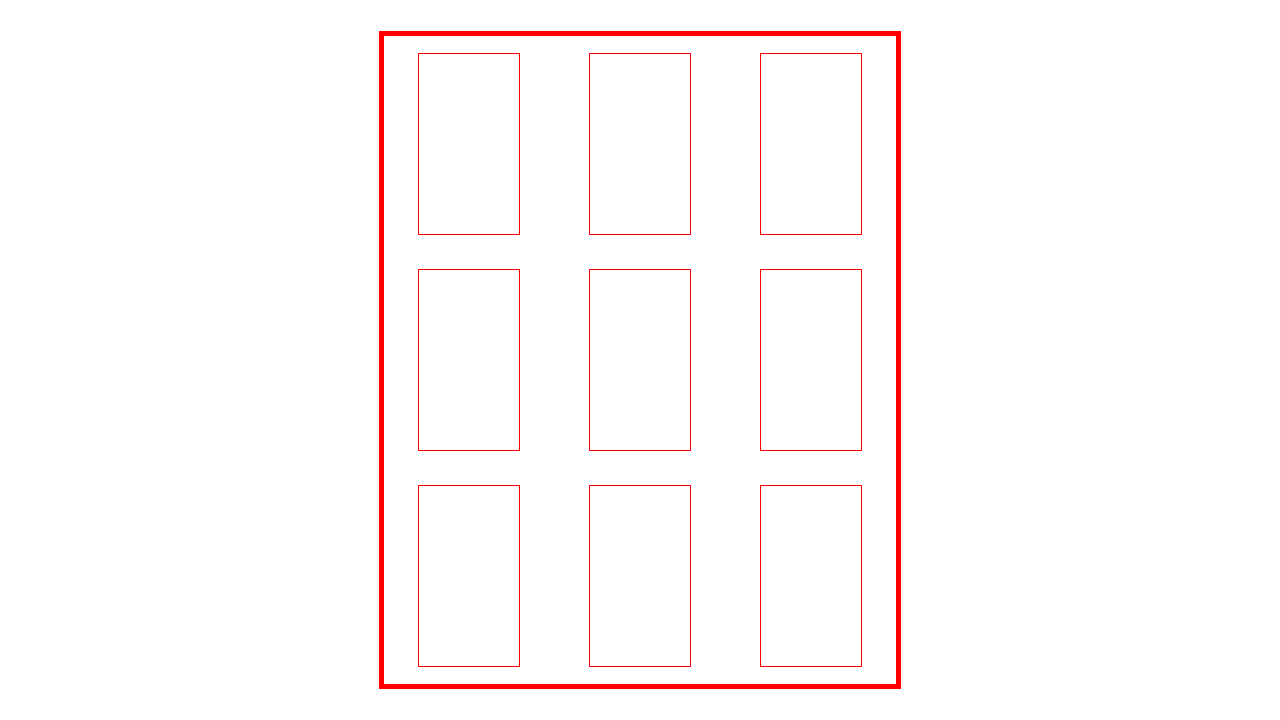
Repository: kocokoy/TOP-tic-tac-toe
Page: index.html
These files come from the project's save history. The page is drawn as it stood at one moment and after a run of saves; the edit follows.
The browser window is 1280 px wide. The pictures show the whole page.

Above is the page before, as saved 2024-11-07 14:47:54.

### index.html
<!DOCTYPE html>
<html lang="en">
<head>
  <meta charset="UTF-8">
  <meta name="viewport" content="width=device-width, initial-scale=1.0">
  <link rel="stylesheet" href="/styles/style.css">
  <title>Document</title>
</head>
<body>
 <div class='container'>
  <div class="gameboard">

  </div>
 </div>
<script src="/javascripts/scripts.js"></script>
</body>
</html>

### styles/style.css
body{
  padding: 0;
  margin: 0;
  height: 100vh;
  font-family: Arial, Helvetica, sans-serif;
}
.container{
  height:100%;
  display: flex;
  justify-content: center;
  align-items: center;
}
.gameboard{
  display: grid;
  grid-template-columns: 1fr 1fr 1fr;
  justify-items: center;
  align-items: center;
  border: 5px solid red;
  width: 40%;
  height: 90%;
}
.gameboard div{
  border: 1px solid red;
  height:180px;
  width: 100px;
  cursor: pointer;
  color: tomato;
  display: flex;
  justify-content: center;
  align-items: center;
  font-size: 10rem;
}

### javascripts/scripts.js
const gameBoardElement = document.querySelector('.gameboard');

const gameBoard = {
  gameBoard : ['','','','','','','','','']
}
const players = {
  player1: 'X',
  player2: 'O',
}

startGame();

function startGame(){
  createGameBoard();
  gameBoardBoxClicked();
}

function createGameBoard(){
  for(let i = 0; i < 9; i++){
    const div = document.createElement('div');
    div.setAttribute('data-id',i);
    gameBoardElement.appendChild(div);
  }
}

function gameBoardBoxClicked(){
  gameBoardElement.addEventListener('click', (e) => {
    const boxClicked = e.target;
    boxClicked.textContent = 'X'
  })
}

After the next 2 saves:
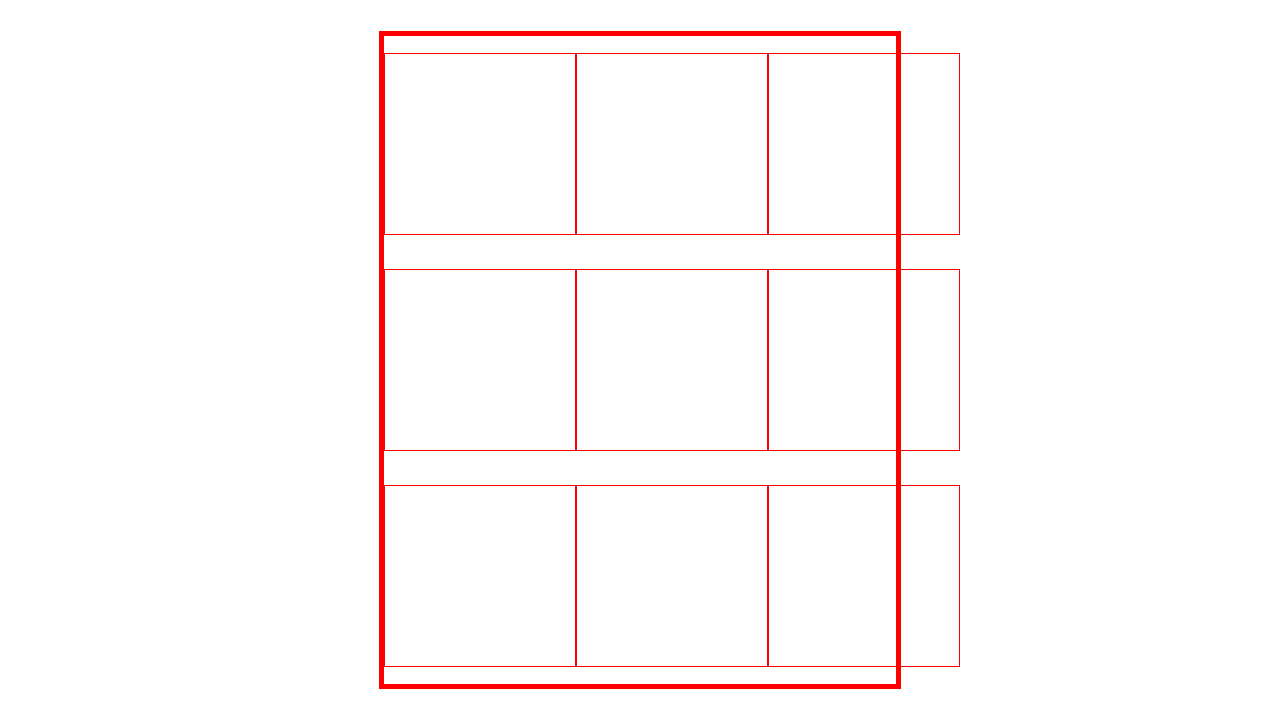
The 2 saves are shown as one change because they came seconds apart.
The last was saved 9 s later.
--- a/styles/style.css
+++ b/styles/style.css
@@ -22,7 +22,7 @@ body{
 .gameboard div{
   border: 1px solid red;
   height:180px;
-  width: 100px;
+  width: 190px;
   cursor: pointer;
   color: tomato;
   display: flex;
